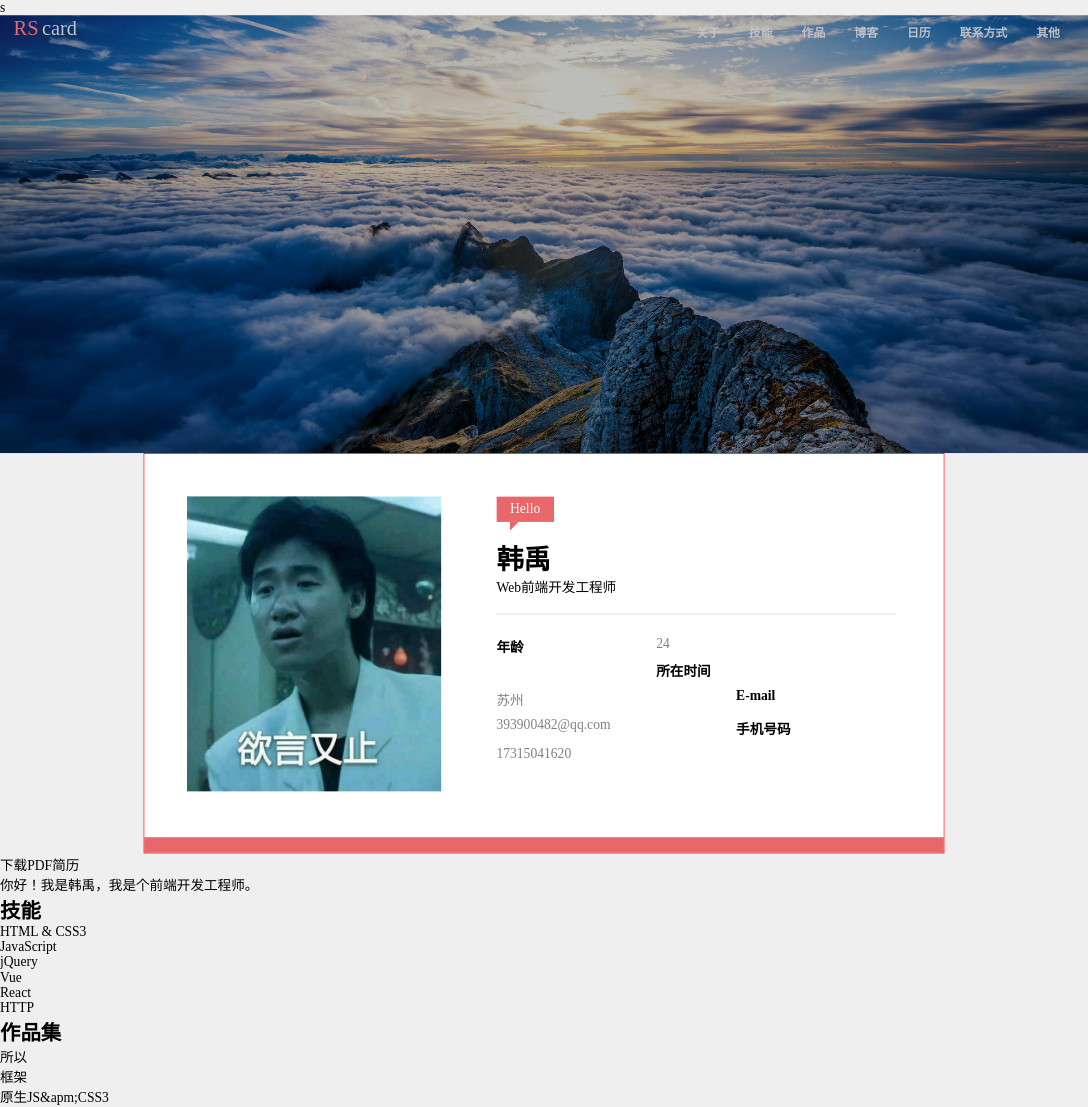
Repository: yorkHan/resume
Page: index.html
These files come from the project's save history. The page is drawn as it stood at one moment and after a run of saves; the edit follows.
The browser window is 1280 px wide. The pictures show the whole page, at 85% of full size.

Above is the page before, as saved 2018-04-10 00:33:41.

### index.html
<!DOCTYPE html>
<html lang="en">
<head>
    <meta charset="UTF-8">
    <meta name="viewport" content="width=device-width, initial-scale=1.0">
    <meta http-equiv="X-UA-Compatible" content="ie=edge">
    <title>Document</title>
    <link rel="stylesheet" href="./1.css">
    <script src="//at.alicdn.com/t/font_621912_9r2kl0u76xzb0529.js"></script>
    <style type="text/css">
        .icon {
           width: 1em; height: 1em;
           vertical-align: -0.15em;
           fill: currentColor;
           overflow: hidden;
        }
    </style>s
</head>
<body>
    <div class="topNavBar clearfix">
        <div class="topNavBar-inner clearfix">
            <a class="logo" href="#" alt="logo" style="float:left;">
                <span class="rs">RS</span><span class="card">card</span>
            </a>
            <nav>
                <ul class="clearfix" style="float: right;">
                    <li><a href="#">关于</a></li>
                    <li><a href="#">技能</a></li>
                    <li><a href="#">作品</a></li>
                    <li><a href="#">博客</a></li>
                    <li><a href="#">日历</a></li>
                    <li><a href="#">联系方式</a></li>
                    <li><a href="#">其他</a></li>
                </ul>
            </nav>
        </div>
    </div>
    <div class="banner" style="background-image: url(./images/3.jpg)">
        <div class="mask"></div>
    </div>
    <main>
        <div class="usercard">
            <div class="textAndPicture clearfix">
                <div class="pic">
                    <img src="./images/avatar.png" style="width:299px;height:347px" alt="头像">
                </div>
                <div class="text">
                    <div class="profile">
                    <span class="welcome">Hello
                        <span class="triangle"></span>
                    </span>
                    <h1>韩禹</h1>
                    <p>Web前端开发工程师</p>
                    <hr>
                    <dl>
                        <dt>年龄</dt>
                        <dd>24</dd>
                        <dt>所在时间</dt>
                        <dd>苏州</dd>
                        <dt>E-mail</dt>
                        <dd>393900482@qq.com</dd>
                        <dt>手机号码</dt>
                        <dd>17315041620</dd>
                    </dl>
                </div>
                </div>
            </div>
            <footer class="media">
                <a href="#">
                    <svg class="icon" aria-hidden="true">
                        <use xlink:href="#icon-github"></use>
                    </svg>
                </a>
                <a href="#">
                    <svg class="icon" aria-hidden="true">
                        <use xlink:href="#icon-dianhua"></use>
                    </svg>
                </a>
                <a href="#">
                    <svg class="icon" aria-hidden="true">
                        <use xlink:href="#icon-youjian"></use>
                    </svg>
                </a>
                <a href="#">
                    <svg class="icon" aria-hidden="true">
                        <use xlink:href="#icon-hexo"></use>
                    </svg>
                </a>
                <a href="#">
                    <svg class="icon" aria-hidden="true">
                        <use xlink:href="#icon-msnui-logo-qq"></use>
                     </svg>
                </a>
                <a href="#">
                    <svg class="icon" aria-hidden="true">
                        <use xlink:href="#icon-gongzhonghao"></use>
                    </svg>
                </a>
                <a href="#">
                    <svg class="icon" aria-hidden="true">
                        <use xlink:href="#icon-weibo"></use>
                    </svg>
                </a>
            </footer>
        </div>
        <a href="">下载PDF简历</a>
        <p>
            你好！我是韩禹，我是个前端开发工程师。
        </p>
    </main>
    <section>
        <h2>技能</h2>
        <ol>
            <li>HTML &amp; CSS3</li>
            <li>JavaScript</li>
            <li>jQuery</li>
            <li>Vue</li>
            <li>React</li>
            <li>HTTP</li>
        </ol>
    </section>
    <section>
        <h2>作品集</h2>
        <nav>
            <ol>
                <li>所以</li>
                <li>框架</li>
                <li>原生JS&apm;CSS3</li>
            </ol>
        </nav>
        <div class="jobs">
            <div class="big"></div>
            <div class='small'></div>
            <div class="small"></div>
        </div>
    </section>
</body>
</html>

### 1.css
body{
    background-color: #EFEFEF;
    margin: 0;
}
*{
    margin: 0;
    padding: 0;
}
a{
    color: inherit;
    text-decoration: none;
}
.clearfix::after{
    content: '';
    display: block;
    clear: both;
}
.topNavBar{
    padding: 20px 0px 20px 0px;
    position: fixed;
    top:0;
    left:0;
    width:100%;
}
.topNavBar-inner{
    padding: 0 16px;
}
.topNavBar nav>ul{
    list-style: none;
    margin: 0;
    padding: 0;
}
.topNavBar nav>ul>li{
    float: left;

}
.topNavBar nav>ul>li>a{
    display: block;
    font-size: 14px;
    font-weight: bold;
    color:#c1c3c7;
    margin-left: 17px;
    margin-right: 17px;
    padding-top: 5px;
    padding-bottom: 5px;
    border-top:3px solid transparent;
    border-bottom:3px solid transparent;
}
.topNavBar nav>ul>li>a:hover{
    border-bottom:3px solid #E8676B;
}
.topNavBar .logo{
    font-family: "Arial Rounded MT Bold";
    font-size: 24px;
}
.topNavBar .logo .rs{
    margin-right: 4px;
    color:#E8676B;
}
.topNavBar .logo .card {
    color:#c1c3c7;
}
.banner{
    height: 515px;
    background-position: center center;
    background-size:cover;
}
.banner .mask{
    height: 515px;
    background-color: rgba(0, 0, 0, 0.26);
}
.usercard{
    border:1px solid red;
    max-width: 940px;
    margin-left: auto;
    margin-right: auto;
}
.text .welcome{
    padding: 4px 16px;
    line-height: 22px;
    display: inline-block;
    background-color: #E8676B;
    color: white;
    position: relative;
}
.text h1{
    margin-top:18px;
}
hr{
    height: 0;
    border:none;
    border-top: 1px solid #DEDEDE;
}

.triangle{
    display: block;
    border: 10px solid transparent;
    width: 0;
    border-left-color:#E8676B;
    border-top:0;
    position: absolute;
    top:100%;
}
.usercard .pic{
    float: left;
}
.usercard .text{
    float: left;
    margin-left: 65px;
    width: 470px;
}
.usercard .text hr{
    margin: 20px 0px;
}
.usercard footer.media {
    background: #E8676B;
}
.usercard>footer.media>a{
    width: 30px;
    height: 30px;
}
.textAndPicture{
    background-color: #FFF;
    padding: 50px;
}
.usercard dl dt{
    float: left;
    width: 40%;
    padding: 5px 0;
    font-weight: bold;
}
.usercard dl dd{
    float: left;
    width: 60%;
    padding: 5px 0;
    color: gray;
}

After the next 2 saves:
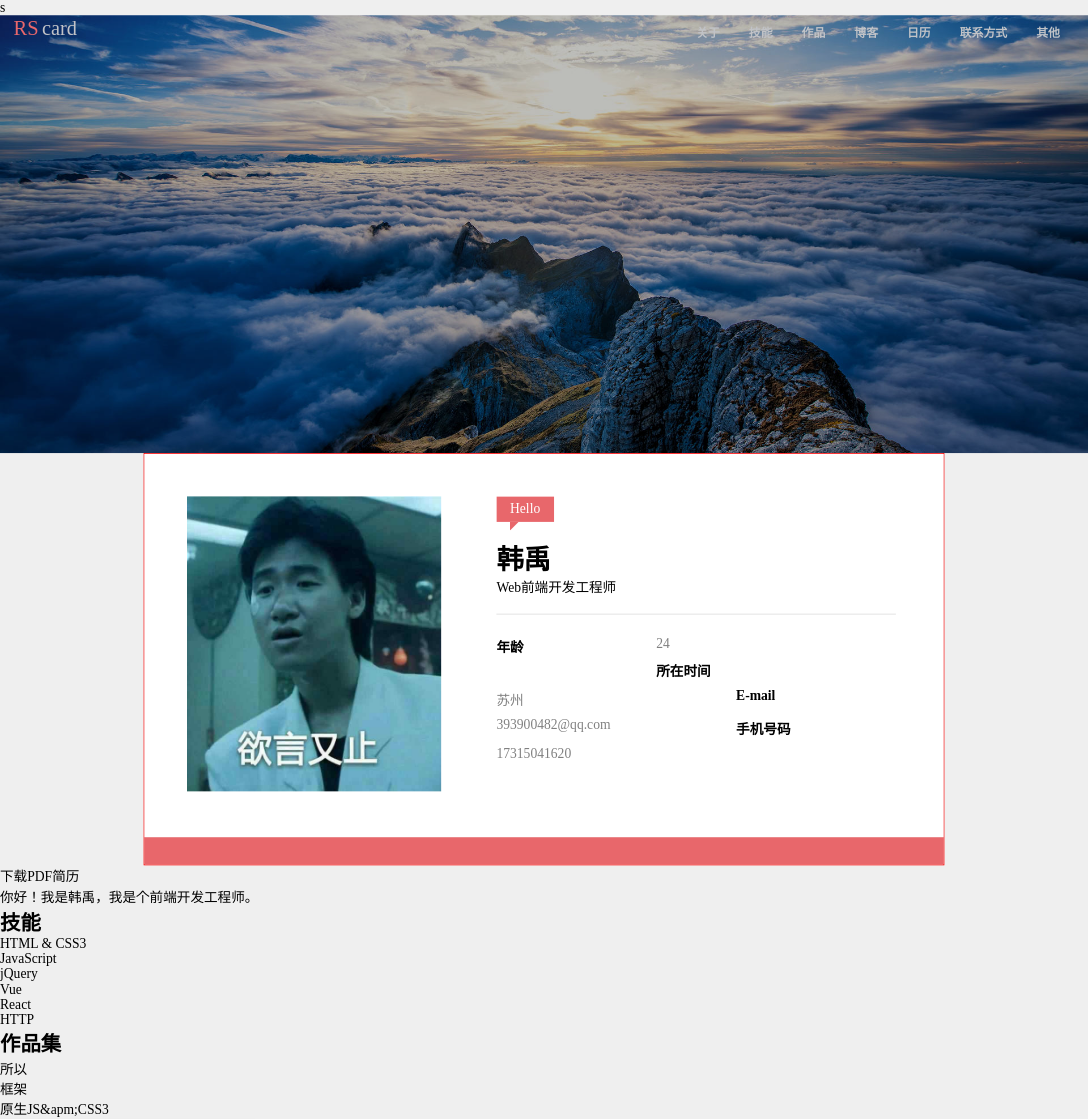
The 2 saves are shown as one change because they came seconds apart.
The last was saved 35 s later.
--- a/1.css
+++ b/1.css
@@ -115,7 +115,7 @@ hr{
 .usercard footer.media {
     background: #E8676B;
 }
-.usercard>footer.media>a{
+.usercard>footer.media>a>svg{
     width: 30px;
     height: 30px;
 }
